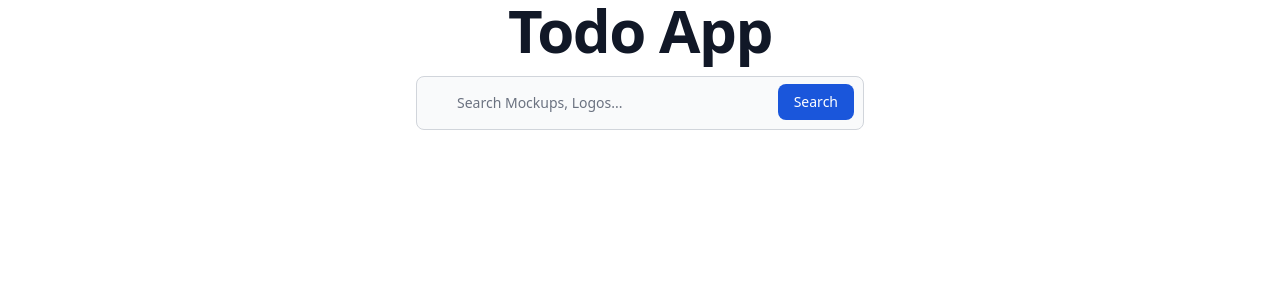
Repository: sodmaq/Todo-App
Page: /
An editor plug-in stored every save of this project. The page is shown before and after the next save, followed by the edit.
The browser window is 1280 px wide. The pictures show the whole page.
The project was rebuilt for these pictures with package versions that can differ from the ones it lists, and the page was loaded fresh each time. Also part of the build but not shown: vite.config.js.

Above is the page before, as saved 2024-09-03 12:04:52.

After the next save:
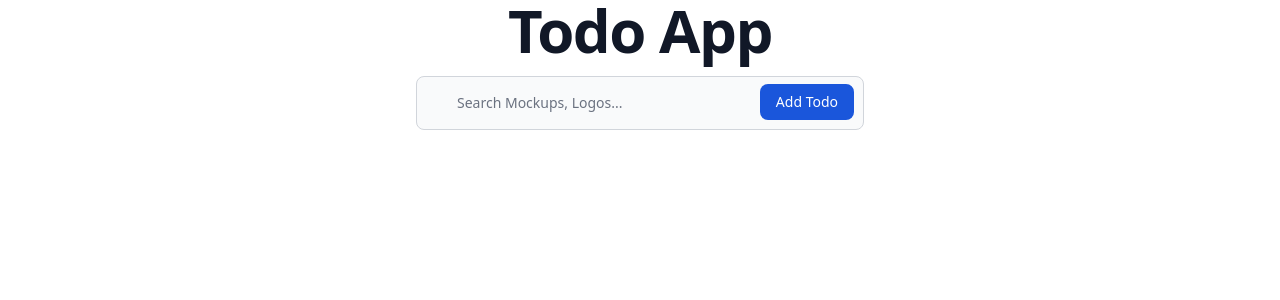
Saved 68 s later.
--- a/src/components/TodoInput.jsx
+++ b/src/components/TodoInput.jsx
@@ -31,7 +31,7 @@
             type="submit"
             className="text-white absolute end-2.5 bottom-2.5 bg-blue-700 hover:bg-blue-800 focus:ring-4 focus:outline-none focus:ring-blue-300 font-medium rounded-lg text-sm px-4 py-2 dark:bg-blue-600 dark:hover:bg-blue-700 dark:focus:ring-blue-800"
           >
-            Search
+            Add Todo
           </button>
         </div>
       </form>
